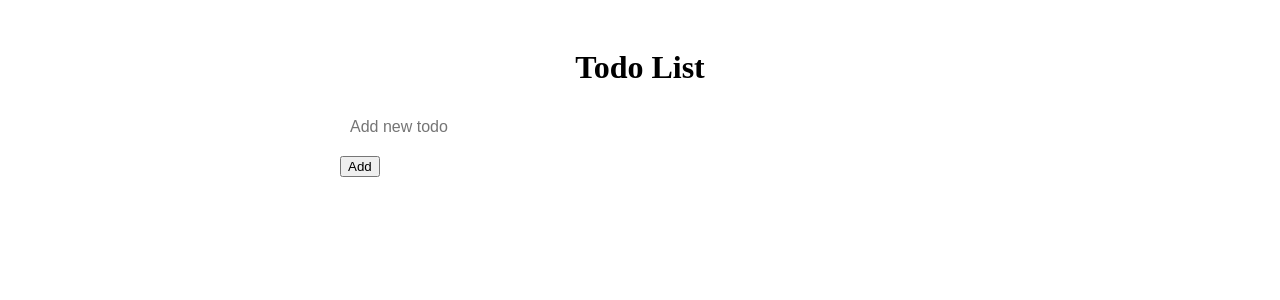
Repository: Tobby004/Todo-assignment
Page: / (app in todo-list-app/)
An editor plug-in stored every save of this project. The page is shown before and after the next save, followed by the edit.
The browser window is 1280 px wide. The pictures show the whole page.
The project was rebuilt for these pictures with package versions that can differ from the ones it lists, and the page was loaded fresh each time. Also part of the build but not shown: todo-list-app/vue.config.js.

Above is the page before, as saved 2023-12-06 15:45:37.

After the next save:
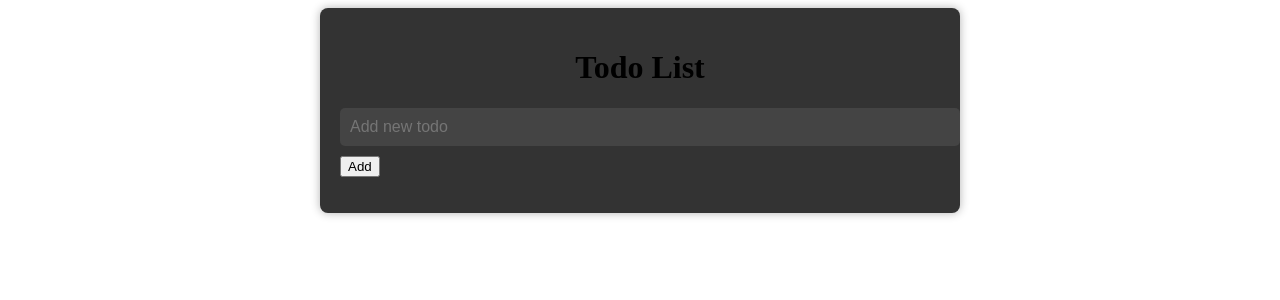
Saved 111 s later.
--- a/todo-list-app/src/App.vue
+++ b/todo-list-app/src/App.vue
@@ -63,6 +63,9 @@ body {
   max-width: 600px;
   margin: 0 auto;
   padding: 20px;
+  background-color: #333; /* Darker background for the app container */
+  border-radius: 8px; /* Rounded corners */
+  box-shadow: 0 0 10px rgba(0, 0, 0, 0.3); /* Subtle shadow effect */
 }
 
 h1 {
@@ -76,6 +79,8 @@ h1 {
   border: none;
   border-radius: 5px;
   font-size: 16px;
+  background-color: #444; /* Input field background */
+  color: #eee; /* Input field text color */
 }
 
 .todo-item {
@@ -84,13 +89,13 @@ h1 {
   justify-content: space-between;
   padding: 10px;
   margin-bottom: 8px;
-  background-color: #333;
+  background-color: #555; /* Todo item background */
   border-radius: 5px;
   transition: background-color 0.3s ease;
 }
 
 .todo-item:hover {
-  background-color: #444;
+  background-color: #666; /* Darken todo item on hover */
 }
 
 .edit-button,
